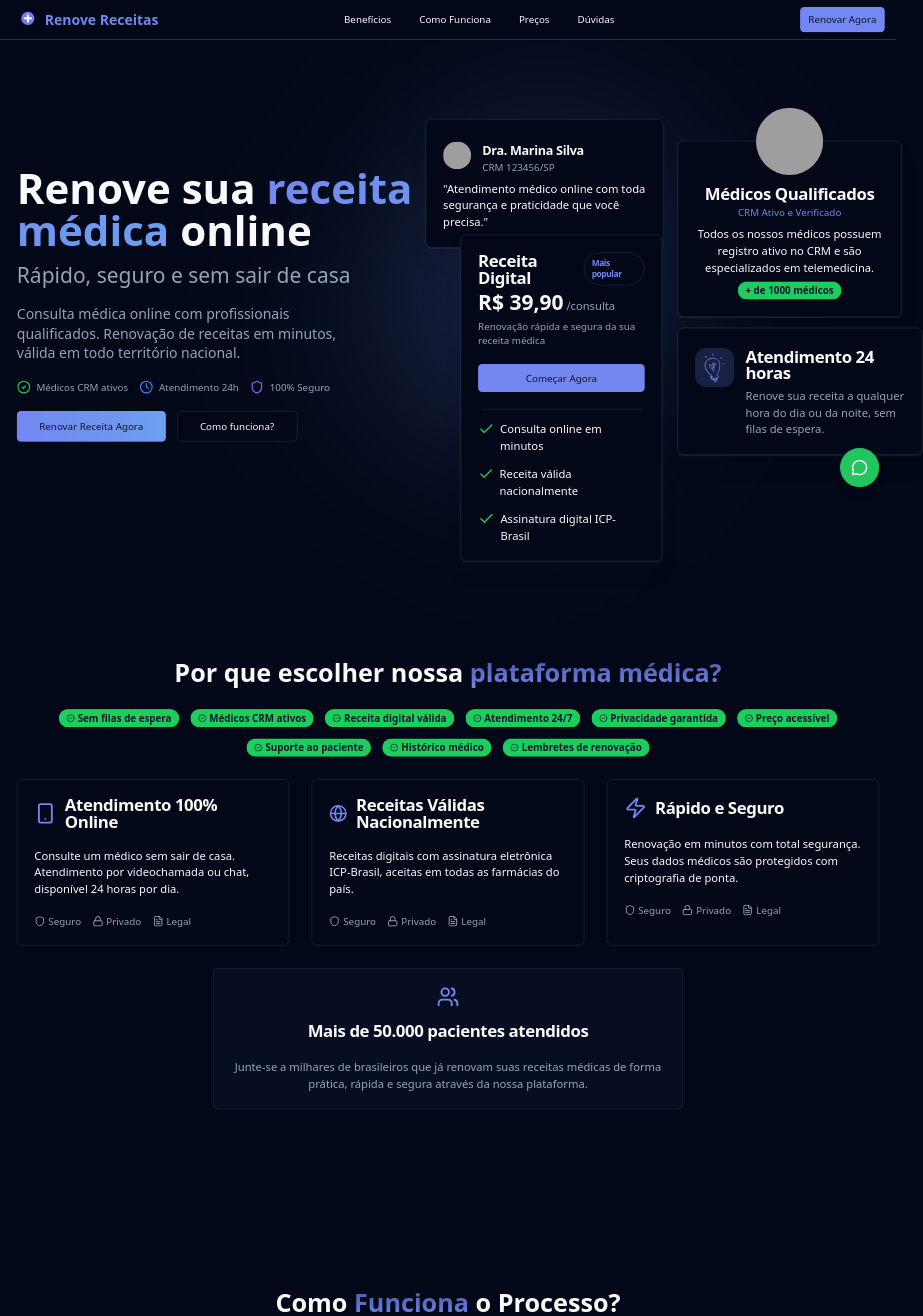
Repository: xoiurp/saude-digital
Page: /
These files come from the project's save history. The page is drawn as it stood at one moment and after the next save; the edit follows.
The browser window is 1280 px wide. The page is 1318 px wide, so the pictures cover 1318 px, including what lies to the right of the window. The pictures show the part of the page from y = 0 to 1880 px (the page is 6777 px tall), at 70% of full size.
Pictures or frames that could not be fetched are drawn as grey boxes. The project was rebuilt for these pictures with package versions that can differ from the ones it lists, and the page was loaded fresh each time. Also part of the build but not shown: vite.config.ts.

Above is the page before, as saved 2025-09-09 16:26:22.

After the next save:
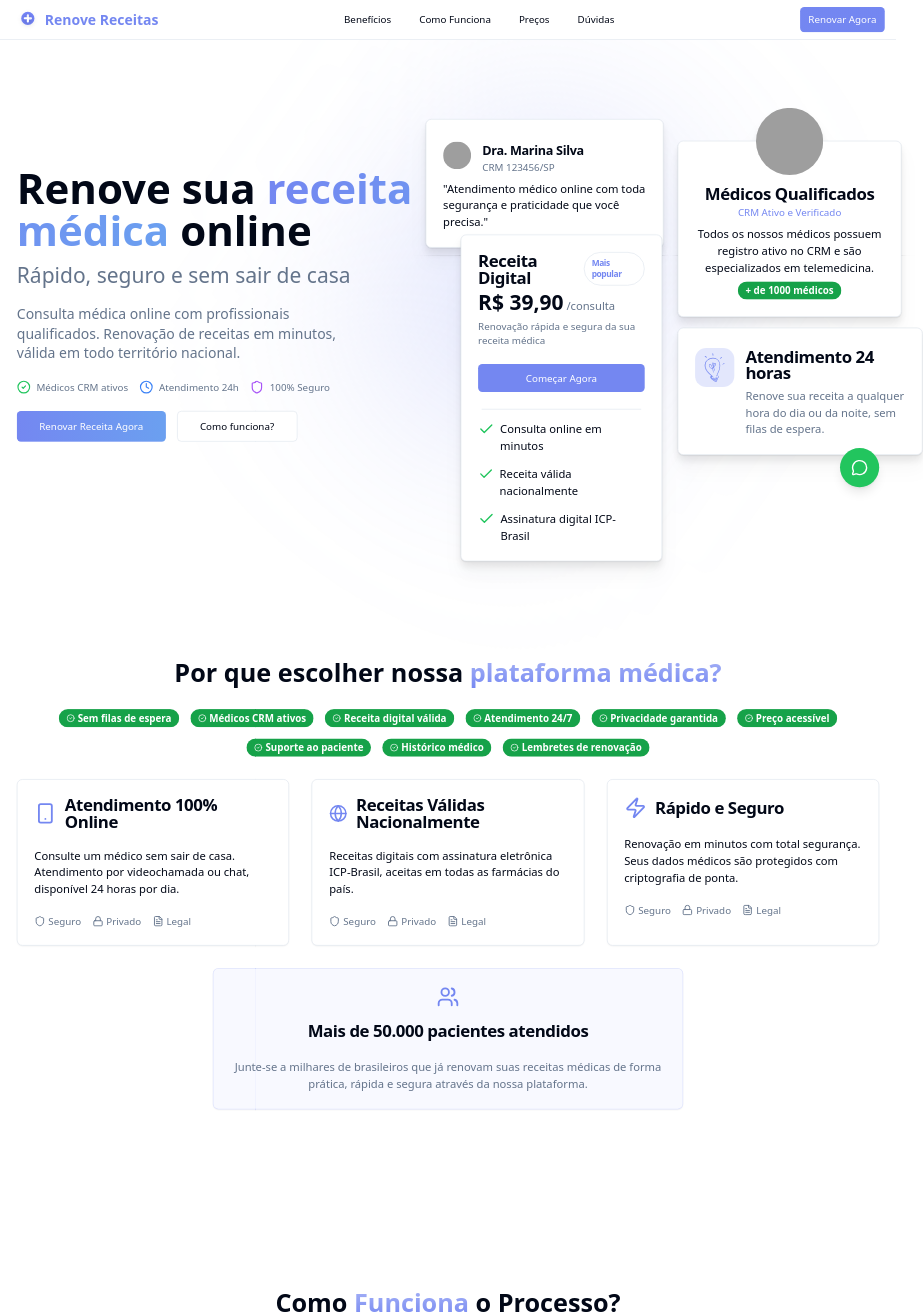
Saved 3 min 43 s later.
--- a/src/components/theme-provider.tsx
+++ b/src/components/theme-provider.tsx
@@ -1,6 +1,6 @@
 import { createContext, useContext, useEffect, useState } from "react";
 
-type Theme = "dark" | "light" | "system";
+type Theme = "light";
 
 type ThemeProviderProps = {
   children: React.ReactNode;
@@ -14,7 +14,7 @@ type ThemeProviderState = {
 };
 
 const initialState: ThemeProviderState = {
-  theme: "system",
+  theme: "light",
   setTheme: () => null,
 };
 
@@ -22,7 +22,7 @@ const ThemeProviderContext = createContext<ThemeProviderState>(initialState);
 
 export function ThemeProvider({
   children,
-  defaultTheme = "dark",
+  defaultTheme = "light",
   storageKey = "vite-ui-theme",
   ...props
 }: ThemeProviderProps) {
@@ -35,17 +35,7 @@ export function ThemeProvider({
 
     root.classList.remove("light", "dark");
 
-    if (theme === "system") {
-      const systemTheme = window.matchMedia("(prefers-color-scheme: dark)")
-        .matches
-        ? "dark"
-        : "light";
-
-      root.classList.add(systemTheme);
-      return;
-    }
-
-    root.classList.add(theme);
+    root.classList.add("light");
   }, [theme]);
 
   const value = {
